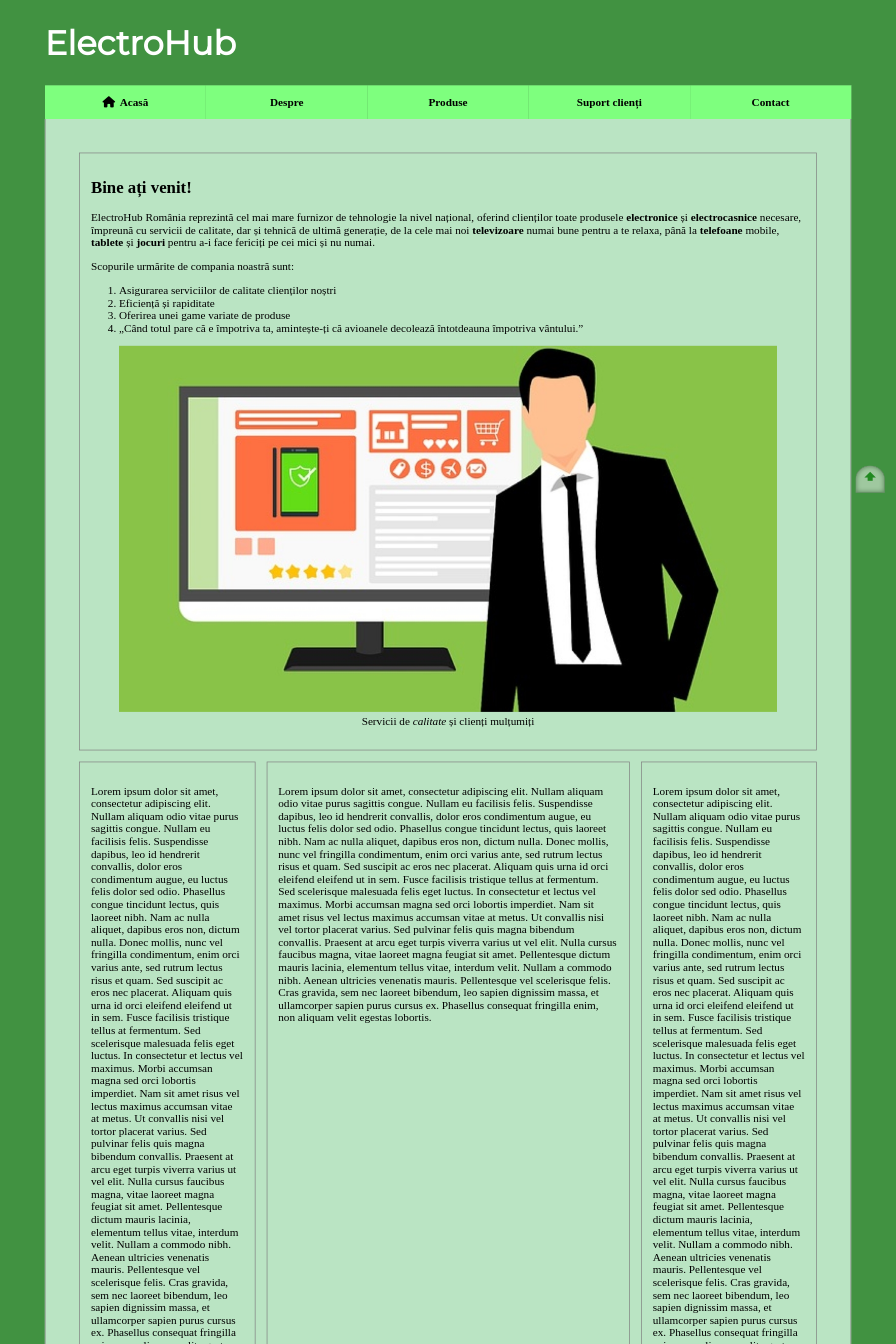
Repository: alexbanilean/Proiect-TW---ElectroHub
Page: index.html
The author's editor kept a copy of each file at every save. The page is drawn from the files as they stood at one save, then again after the next save.
The browser window is 1280 px wide. The pictures show the part of the page from y = 0 to 1920 px (the page is 4027 px tall before and 4578 px after), at 70% of full size.

Above is the page before, as saved 2022-03-06 19:21:08.

### index.html
<!DOCTYPE html>
<html lang="ro">
    <head>

        <meta charset="utf-8">
        <meta name="description" content="Universul electronicelor și electrocasnicelor la cele mai bune prețuri.">
        <meta name="keywords" content="electronice, electrocasnice, telefoane, tablete, jocuri, televizoare, smartphone">
        <meta name="author" content="Alexandru Bănilean">

        <title>ElectroHub</title>

        <link rel="apple-touch-icon" sizes="180x180" href="./resurse/ico/apple-touch-icon.png">
        <link rel="icon" type="image/png" sizes="32x32" href="./resurse/ico/favicon-32x32.png">
        <link rel="icon" type="image/png" sizes="16x16" href="./resurse/ico/favicon-16x16.png">
        <link rel="manifest" href="./resurse/ico/site.webmanifest">
        <link rel="mask-icon" href="./resurse/ico/safari-pinned-tab.svg" color="#5bbad5">
        <link rel="shortcut icon" href="./resurse/ico/favicon.ico">
        <meta name="msapplication-TileColor" content="#da532c">
        <meta name="msapplication-config" content="./resurse/ico/browserconfig.xml">
        <meta name="theme-color" content="#ffffff">

        <link rel="stylesheet" href="./resurse/css/general.css" type="text/css"/>
        <link rel="stylesheet" href="./resurse/css/general-1200.css" type="text/css" media="screen and (max-width:1200px)"/>
        <link rel="stylesheet" href="./resurse/css/general-500.css" type="text/css" media="screen and (max-width:500px)"/>
        <link rel="stylesheet" href="./resurse/css/nav.css" type="text/css"/>
        <link rel="stylesheet" href="./resurse/css/nav-500.css" type="text/css" media="screen and (max-width:500px)"/>

        <link rel="stylesheet" href="https://use.fontawesome.com/releases/v6.0.0/css/all.css">
        <link rel="preconnect" href="https://fonts.gstatic.com">
        <link href="https://fonts.googleapis.com/css?family=Montserrat" rel="stylesheet"/>

    </head>
    <body>
        <header>
            <h1>ElectroHub</h1>
        </header>

        <nav>

            <label id="hamburger" for="ch-menu">
                <img src="./resurse/imagini/hamburger_icon_alb.png" alt="menu">
            </label>
            <input id="ch-menu" type="checkbox">

            <ul class="meniu">
                <li><div class="home-button"><span class="text-home-button">Acasă</span></div>
                    <ul>
                        <li><a href="#welcome">Bine ați venit!</a></li>
                        <li><a href="#orar">Orar</a></li>
                    </ul>
                </li>
                <li><div>Despre</div>
                    <ul>
                        <li><a href="despre.html#prezentare">Prezentare</a></li>
                        <li><a href="despre.html#istoric">Istoric</a></li>
                        <li><a href="despre.html#galerie">Galerie</a></li>
                    </ul>
                </li>
                <li><div>Produse</div>
                    <ul>
                        <li><a href="#">Toate</a></li>
                        <li><a href="#">Telefoane & Tablete</a></li>
                        <li><a href="#">Laptop & Desktop</a></li>
                        <li><a href="#">TV</a></li>
                        <li><a href="#">Audio-Video & Foto</a></li>
                        <li><a href="#">Periferice</a></li>
                        <li><a href="#">Gaming, Jocuri</a></li>
                        <li><a href="#">Electrocasnice mari</a></li>
                        <li><a href="#">Electrocasnice mici</a></li>
                        <li><a href="#">Îngrijire personală</a></li>
                    </ul>
                </li>
                <li><a href="suport_clienti.html">Suport clienți</a></li>
                <li><a href="contact.html">Contact</a></li>
            </ul>
        </nav>

        <main>
            <div id="grid-pagina">
                <section id="welcome">
                    <h2>Bine ați venit!</h2>
                    <p>ElectroHub România reprezintă cel mai mare furnizor de tehnologie la nivel național,
                        oferind clienților toate produsele <b>electronice</b> și <b>electrocasnice</b> necesare, împreună cu servicii de calitate,
                        dar și tehnică de ultimă generație, de la cele mai noi <b>televizoare</b> numai bune pentru a te relaxa, până la <b>telefoane</b> mobile,
                        <b>tablete</b> și <b>jocuri</b> pentru a-i face fericiți pe cei mici și nu numai.</p>
                    <p>Scopurile urmărite de compania noastră sunt:</p>
                    <ol>
                        <li>Asigurarea serviciilor de calitate clienților noștri</li>
                        <li>Eficiență și rapiditate</li>
                        <li>Oferirea unei game variate de produse</li>
                        <li><q lang="ro" cite="https://www.postmodern.ro/articol/citate-despre-succes/">Când totul pare că e împotriva ta, amintește-ți că avioanele decolează întotdeauna împotriva vântului.</q></li>
                    </ol>

                    <figure>
                        <img sizes="(min-width:1200px) 1280px, (min-width:600px) 640px, 200px"
                            srcset="./resurse/imagini/online_shopping_large.jpg 1280w,
                                    ./resurse/imagini/online_shopping_medium.jpg 640w,
                                    ./resurse/imagini/online_shopping_small.jpg 200w"
                            src="./resurse/imagini/online_shopping_medium.jpg"
                            alt="online_shopping"
                            class="imagine_client"/>
                        <figcaption>Servicii de <em>calitate</em> și clienți mulțumiți</figcaption>
                    </figure>

                </section>

                <section id="tabel">
                    <p>Lorem ipsum dolor sit amet, consectetur adipiscing elit. Nullam aliquam odio vitae purus sagittis congue. Nullam eu facilisis felis. Suspendisse dapibus, leo id hendrerit convallis, dolor eros condimentum augue, eu luctus felis dolor sed odio. Phasellus congue tincidunt lectus, quis laoreet nibh. Nam ac nulla aliquet, dapibus eros non, dictum nulla. Donec mollis, nunc vel fringilla condimentum, enim orci varius ante, sed rutrum lectus risus et quam. Sed suscipit ac eros nec placerat. Aliquam quis urna id orci eleifend eleifend ut in sem. Fusce facilisis tristique tellus at fermentum.
                       Sed scelerisque malesuada felis eget luctus. In consectetur et lectus vel maximus. Morbi accumsan magna sed orci lobortis imperdiet. Nam sit amet risus vel lectus maximus accumsan vitae at metus. Ut convallis nisi vel tortor placerat varius. Sed pulvinar felis quis magna bibendum convallis. Praesent at arcu eget turpis viverra varius ut vel elit. Nulla cursus faucibus magna, vitae laoreet magna feugiat sit amet. Pellentesque dictum mauris lacinia, elementum tellus vitae, interdum velit. Nullam a commodo nibh. Aenean ultricies venenatis mauris. Pellentesque vel scelerisque felis. Cras gravida, sem nec laoreet bibendum, leo sapien dignissim massa, et ullamcorper sapien purus cursus ex. Phasellus consequat fringilla enim, non aliquam velit egestas lobortis.</p>
                </section>

                <section id="calendar">
                    <p>Lorem ipsum dolor sit amet, consectetur adipiscing elit. Nullam aliquam odio vitae purus sagittis congue. Nullam eu facilisis felis. Suspendisse dapibus, leo id hendrerit convallis, dolor eros condimentum augue, eu luctus felis dolor sed odio. Phasellus congue tincidunt lectus, quis laoreet nibh. Nam ac nulla aliquet, dapibus eros non, dictum nulla. Donec mollis, nunc vel fringilla condimentum, enim orci varius ante, sed rutrum lectus risus et quam. Sed suscipit ac eros nec placerat. Aliquam quis urna id orci eleifend eleifend ut in sem. Fusce facilisis tristique tellus at fermentum.
                        Sed scelerisque malesuada felis eget luctus. In consectetur et lectus vel maximus. Morbi accumsan magna sed orci lobortis imperdiet. Nam sit amet risus vel lectus maximus accumsan vitae at metus. Ut convallis nisi vel tortor placerat varius. Sed pulvinar felis quis magna bibendum convallis. Praesent at arcu eget turpis viverra varius ut vel elit. Nulla cursus faucibus magna, vitae laoreet magna feugiat sit amet. Pellentesque dictum mauris lacinia, elementum tellus vitae, interdum velit. Nullam a commodo nibh. Aenean ultricies venenatis mauris. Pellentesque vel scelerisque felis. Cras gravida, sem nec laoreet bibendum, leo sapien dignissim massa, et ullamcorper sapien purus cursus ex. Phasellus consequat fringilla enim, non aliquam velit egestas lobortis.</p>
                </section>

                <section id="anunturi">
                    <p>Lorem ipsum dolor sit amet, consectetur adipiscing elit. Nullam aliquam odio vitae purus sagittis congue. Nullam eu facilisis felis. Suspendisse dapibus, leo id hendrerit convallis, dolor eros condimentum augue, eu luctus felis dolor sed odio. Phasellus congue tincidunt lectus, quis laoreet nibh. Nam ac nulla aliquet, dapibus eros non, dictum nulla. Donec mollis, nunc vel fringilla condimentum, enim orci varius ante, sed rutrum lectus risus et quam. Sed suscipit ac eros nec placerat. Aliquam quis urna id orci eleifend eleifend ut in sem. Fusce facilisis tristique tellus at fermentum.
                        Sed scelerisque malesuada felis eget luctus. In consectetur et lectus vel maximus. Morbi accumsan magna sed orci lobortis imperdiet. Nam sit amet risus vel lectus maximus accumsan vitae at metus. Ut convallis nisi vel tortor placerat varius. Sed pulvinar felis quis magna bibendum convallis. Praesent at arcu eget turpis viverra varius ut vel elit. Nulla cursus faucibus magna, vitae laoreet magna feugiat sit amet. Pellentesque dictum mauris lacinia, elementum tellus vitae, interdum velit. Nullam a commodo nibh. Aenean ultricies venenatis mauris. Pellentesque vel scelerisque felis. Cras gravida, sem nec laoreet bibendum, leo sapien dignissim massa, et ullamcorper sapien purus cursus ex. Phasellus consequat fringilla enim, non aliquam velit egestas lobortis.</p>
                </section>

                <section id="users-list">
                    <p>Lorem ipsum dolor sit amet, consectetur adipiscing elit. Nullam aliquam odio vitae purus sagittis congue. Nullam eu facilisis felis. Suspendisse dapibus, leo id hendrerit convallis, dolor eros condimentum augue, eu luctus felis dolor sed odio. Phasellus congue tincidunt lectus, quis laoreet nibh. Nam ac nulla aliquet, dapibus eros non, dictum nulla. Donec mollis, nunc vel fringilla condimentum, enim orci varius ante, sed rutrum lectus risus et quam. Sed suscipit ac eros nec placerat. Aliquam quis urna id orci eleifend eleifend ut in sem. Fusce facilisis tristique tellus at fermentum.
                        Sed scelerisque malesuada felis eget luctus. In consectetur et lectus vel maximus. Morbi accumsan magna sed orci lobortis imperdiet. Nam sit amet risus vel lectus maximus accumsan vitae at metus. Ut convallis nisi vel tortor placerat varius. Sed pulvinar felis quis magna bibendum convallis. Praesent at arcu eget turpis viverra varius ut vel elit. Nulla cursus faucibus magna, vitae laoreet magna feugiat sit amet. Pellentesque dictum mauris lacinia, elementum tellus vitae, interdum velit. Nullam a commodo nibh. Aenean ultricies venenatis mauris. Pellentesque vel scelerisque felis. Cras gravida, sem nec laoreet bibendum, leo sapien dignissim massa, et ullamcorper sapien purus cursus ex. Phasellus consequat fringilla enim, non aliquam velit egestas lobortis.</p>
                </section>

                <section id="statistici">
                    <p>Lorem ipsum dolor sit amet, consectetur adipiscing elit. Nullam aliquam odio vitae purus sagittis congue. Nullam eu facilisis felis. Suspendisse dapibus, leo id hendrerit convallis, dolor eros condimentum augue, eu luctus felis dolor sed odio. Phasellus congue tincidunt lectus, quis laoreet nibh. Nam ac nulla aliquet, dapibus eros non, dictum nulla. Donec mollis, nunc vel fringilla condimentum, enim orci varius ante, sed rutrum lectus risus et quam. Sed suscipit ac eros nec placerat. Aliquam quis urna id orci eleifend eleifend ut in sem. Fusce facilisis tristique tellus at fermentum.
                        Sed scelerisque malesuada felis eget luctus. In consectetur et lectus vel maximus. Morbi accumsan magna sed orci lobortis imperdiet. Nam sit amet risus vel lectus maximus accumsan vitae at metus. Ut convallis nisi vel tortor placerat varius. Sed pulvinar felis quis magna bibendum convallis. Praesent at arcu eget turpis viverra varius ut vel elit. Nulla cursus faucibus magna, vitae laoreet magna feugiat sit amet. Pellentesque dictum mauris lacinia, elementum tellus vitae, interdum velit. Nullam a commodo nibh. Aenean ultricies venenatis mauris. Pellentesque vel scelerisque felis. Cras gravida, sem nec laoreet bibendum, leo sapien dignissim massa, et ullamcorper sapien purus cursus ex. Phasellus consequat fringilla enim, non aliquam velit egestas lobortis.</p>
                </section>

                <section id="date-site">
                    <p>Lorem ipsum dolor sit amet, consectetur adipiscing elit. Nullam aliquam odio vitae purus sagittis congue. Nullam eu facilisis felis. Suspendisse dapibus, leo id hendrerit convallis, dolor eros condimentum augue, eu luctus felis dolor sed odio. Phasellus congue tincidunt lectus, quis laoreet nibh. Nam ac nulla aliquet, dapibus eros non, dictum nulla. Donec mollis, nunc vel fringilla condimentum, enim orci varius ante, sed rutrum lectus risus et quam. Sed suscipit ac eros nec placerat. Aliquam quis urna id orci eleifend eleifend ut in sem. Fusce facilisis tristique tellus at fermentum.
                        Sed scelerisque malesuada felis eget luctus. In consectetur et lectus vel maximus. Morbi accumsan magna sed orci lobortis imperdiet. Nam sit amet risus vel lectus maximus accumsan vitae at metus. Ut convallis nisi vel tortor placerat varius. Sed pulvinar felis quis magna bibendum convallis. Praesent at arcu eget turpis viverra varius ut vel elit. Nulla cursus faucibus magna, vitae laoreet magna feugiat sit amet. Pellentesque dictum mauris lacinia, elementum tellus vitae, interdum velit. Nullam a commodo nibh. Aenean ultricies venenatis mauris. Pellentesque vel scelerisque felis. Cras gravida, sem nec laoreet bibendum, leo sapien dignissim massa, et ullamcorper sapien purus cursus ex. Phasellus consequat fringilla enim, non aliquam velit egestas lobortis.</p>
                </section>

                <section id="random">

                    <details>
                        <summary>Categorii de produse</summary>
                        <ol>
                            <li>Telefoane & Tablete</li>
                            <li>Laptop & Desktop</li>
                            <li>TV, Audio-Video & Foto</li>
                            <li>Periferice</li>
                            <li>Gaming, Jocuri</li>
                            <li>Electrocasnice mari</li>
                            <li>Electrocasnice mici</li>
                            <li>Îngrijire personală</li>
                        </ol>
                    </details>

                    <details>
                        <summary>Întrebări frecvente</summary>
                        <ol>
                            <li>Cum cumpăr?</li>
                            <li>Cum pot returna un produs?</li>
                            <li>Cum aflu dacă produsul meu este sau nu în garanție?</li>
                        </ol>
                    </details>

                    <section id="prezentari">
                        <h2>Prezentari</h2>
                        <p>Aici puteti vedea cele mai noi telefoane ale momentului prezentate profesionist.</p>

                        <div class="video-prezentari">
                            <div id="container-iframe">
                                <iframe name="ifr-video" width="560" height="315" src="https://www.youtube.com/embed/Awu6ZyfDeeQ"
                                allow="accelerometer; autoplay; clipboard-write; encrypted-media; gyroscope; picture-in-picture" allowfullscreen></iframe>
                            </div>

                             <div class="taburi-iframe">
                                <a href="https://www.youtube.com/embed/Awu6ZyfDeeQ" target="ifr-video">Prezentare Iphone 13</a>
                                <a href="https://www.youtube.com/embed/XTiu4o0PCxY" target="ifr-video">Prezentare Samsung S22</a>
                            </div>
                        </div>



                    </section>

                    <section id="orar">
                        <h2>Orar</h2>
                        <section>
                            <h3>Zile lucrătoare</h3>
                            <ol>
                                <li>Luni: 09:00 - 20:00</li>
                                <li>Marți: 09:00 - 20:00</li>
                                <li>Miercuri: 09:00 - 20:00</li>
                                <li>Joi: 09:00 - 20:00</li>
                                <li>Vineri: 09:00 - 20:00</li>
                                <li>Sâmbătă: 09:00 - 15:00</li>
                            </ol>

                            <a href="./resurse/imagini/orar.jpg" download="orar_ElectroHub_2022">Descarcă orarul</a>

                            <p>În toate <a href="https://www.zileliberelegale.ro/zile-libere-2022">sărbătorile legale</a> și duminici magazinele noastre sunt închise.</p>
                        </section>
                    </section>
                </section>
            </div>
        </main>

        <footer>
            <address>
                <a href="tel:+40712354678">Sună la 0712354678</a>
                <a href="https://www.google.com/maps/place/Faculty+of+Mathematics+and+Informatics+-+University+of+Bucharest/@44.4355355,26.0995867,15z/data=!4m5!3m4!1s0x0:0x493984726f0235f9!8m2!3d44.4355355!4d26.0995867">Locație sediu principal</a><br/>
                <a href="mailto::clienti.electrohub@gmail.com">Scrie un e-mail</a>
                <a href="https://api.whatsapp.com/send?phone=40712354678">Scrie un mesaj pe WhatsApp</a>
            </address>

            <a href="#" id="link-top"><div class="tooltip"><span class="tooltiptext">Înapoi în partea de sus a paginii</span></div></a>

            <p class="copyright-info"><small>&copy; Pagină creată la data de <time datetime="2022-02-20">20.02.2022</time></small></p>
        </footer>
    </body>
</html>

### resurse/css/general.css
html{
    font-size: 16px;
}

body{


    --c1-text: black;
}

body{
    --body-padding: 4rem;
    --pading-intern: 3rem;

    margin-top: 0;
    margin-bottom: 0;
    margin-left: 0;
    margin-right: 0;

    padding-top: 0;
    padding-bottom: 0;
    padding-left: var(--body-padding);
    padding-right: var(--body-padding);

    background-color: rgb(65, 146, 65);
    background-attachment: fixed;

    min-width: 330px;
}

h1{
    font-size: 3rem;
    font-family: 'Montserrat';
    color: white;
}

main{
    --main-border: 1px solid grey;

    background-color: rgb(186, 228, 195);
    border-left: var(--main-border);
    border-right: var(--main-border);
    padding-bottom: 2rem;

    overflow: hidden;
}

#grid-pagina{
    display: grid;

    grid-template-areas:
                        "zona-1 zona-1 zona-1 zona-1"
                        "zona-5 zona-6 zona-6 zona-7"
                        "zona-3 zona-3 zona-2 zona-2"
                        "zona-4 zona-4 zona-2 zona-2"
                        "zona-8 zona-8 zona-8 zona-8";
    grid-template-columns: 1fr 1fr 1fr 1fr;
    padding: var(--pading-intern);
    grid-gap: 1rem;
}

#grid-pagina>section{
    border: 1px solid grey;
    padding: 1rem;
}

#welcome{
    grid-area: zona-1;
}

#welcome .imagine_client{
    width: 100%;
    margin-left: auto;
    margin-right: auto;
}

#welcome figcaption{
    width: 100%;
    text-align: center;
}

#tabel{
    grid-area: zona-2;
}

#calendar{
    grid-area: zona-3;
}

#anunturi{
    grid-area: zona-4;
}

#users-list{
    grid-area: zona-5;
}

#statistici{
    grid-area: zona-6;
}

#date-site{
    grid-area: zona-7;
}

#random{
    grid-area: zona-8;
}

footer{
    background-color: rgb(65, 146, 65);
    color: white;
}

footer>address{
    display: flex;
    flex-direction: row;
    margin-top: 1rem;
    background-color: none;
}

footer>address a{
    display: flex;
    text-decoration: none;
    background-color: rgb(186, 228, 195);
    color: white;

    justify-content: center;
    align-items: center;

    border: 1px solid grey;
    border-radius: 0.5rem;

    width: 25%;
    margin: 0;
    padding: 1rem;
}

footer>.copyright-info{
    display: flex;
    flex-direction: row;
    justify-content: center;
    align-items: center;
    margin: 0;
    padding: 2rem;
}

/* Iframe + taburi */

.video-prezentari{
    position: relative;
    display: flex;
    flex-direction: column;
    align-items: center;
    align-content: center;
    min-width: 300px;
    width: 75%;
}

#container-iframe{
    box-sizing: border-box;
    display: flex;
    position: relative;
    padding-bottom: 56.25%;
    height: 0;
    width: 100%;
}

#container-iframe iframe{
    border: 4px solid green;
    padding: 0;
    top: 0;
    left: 0;
    position: absolute;
    width: 100%;
    height: 100%;
}

.taburi-iframe{
    display: flex;
    flex-direction: row;
    justify-content: right;
    align-items: center;
    width: 100%;

}

.taburi-iframe a{
    text-decoration: none;
    width: 100px;

    display: inline-block;
    border: 2px solid green;
    border-top: 4px solid green;

    border-bottom-left-radius: 10px;
    border-bottom-right-radius: 10px;
    background-color: rgb(175, 230, 175);
    color: black;

    transition: all 300ms linear;
    text-align: center;
    vertical-align: top;
    padding: 5px;

    box-shadow: 0px 0px 7px 2px inset rgb(98, 138, 98);
}

.taburi-iframe a+a{
    margin-left: 5px;

}

.taburi-iframe a:hover{
    background-color: white;
    box-shadow: none;
}

/* Link-top */

#link-top::before{
    content:'\01F839';
    font-size: 2rem;
    display: flex;
    flex-direction: column;
    justify-content: center;
    color: green;
    margin: 0;
    padding: 0;
    width: 100%;
    height: 100%;
    position: absolute;

    transform: scale(1);
    transition: 400ms linear;
    transform-origin: center center;
}

#link-top:hover::before{
    transform: scale(1.5);
    transition: 400ms linear;
    transform-origin: center center;
}

#link-top{
    position: fixed;
    display: flex;
    opacity: 0.5;

    bottom: 1rem;
    right: 1rem;
    width: 2.5rem;
    height: 2.3rem;
    background-color: white;
    border-top-left-radius: 50%;
    border-top-right-radius: 50%;
    border: 1px solid grey;
    box-shadow: 0px 0px 8px inset rgb(116, 115, 115);
    overflow: hidden;

    text-decoration: none;
    text-align: center;
}

#link-top:hover{
    opacity: 1;
    box-shadow: 0px 0px 15px inset rgb(116, 115, 115);
    transition: 400ms linear;
}


#link-top>.tooltip{
    bottom: 1rem;
    right: 1rem;
    width: 2.5rem;
    height: 2.3rem;
    position: fixed;
}

.tooltip>.tooltiptext{
    visibility: hidden;
    display: inline-block;
    width: 250px;
    background-color: white;
    color: black;
    text-align: center;
    border-radius: 10px;
    padding: 5px;

    position: absolute;
    z-index: 1;
    bottom: 0;
    right: 110%;
}

#link-top:hover>.tooltip>.tooltiptext{
    visibility: visible;
}

Loaded but not shown: resurse/css/nav.css (124 lines, source omitted); resurse/css/nav-500.css (71 lines, source omitted); resurse/css/general-500.css (32 lines, source omitted); resurse/css/general-1200.css (24 lines, source omitted)

After the next save:
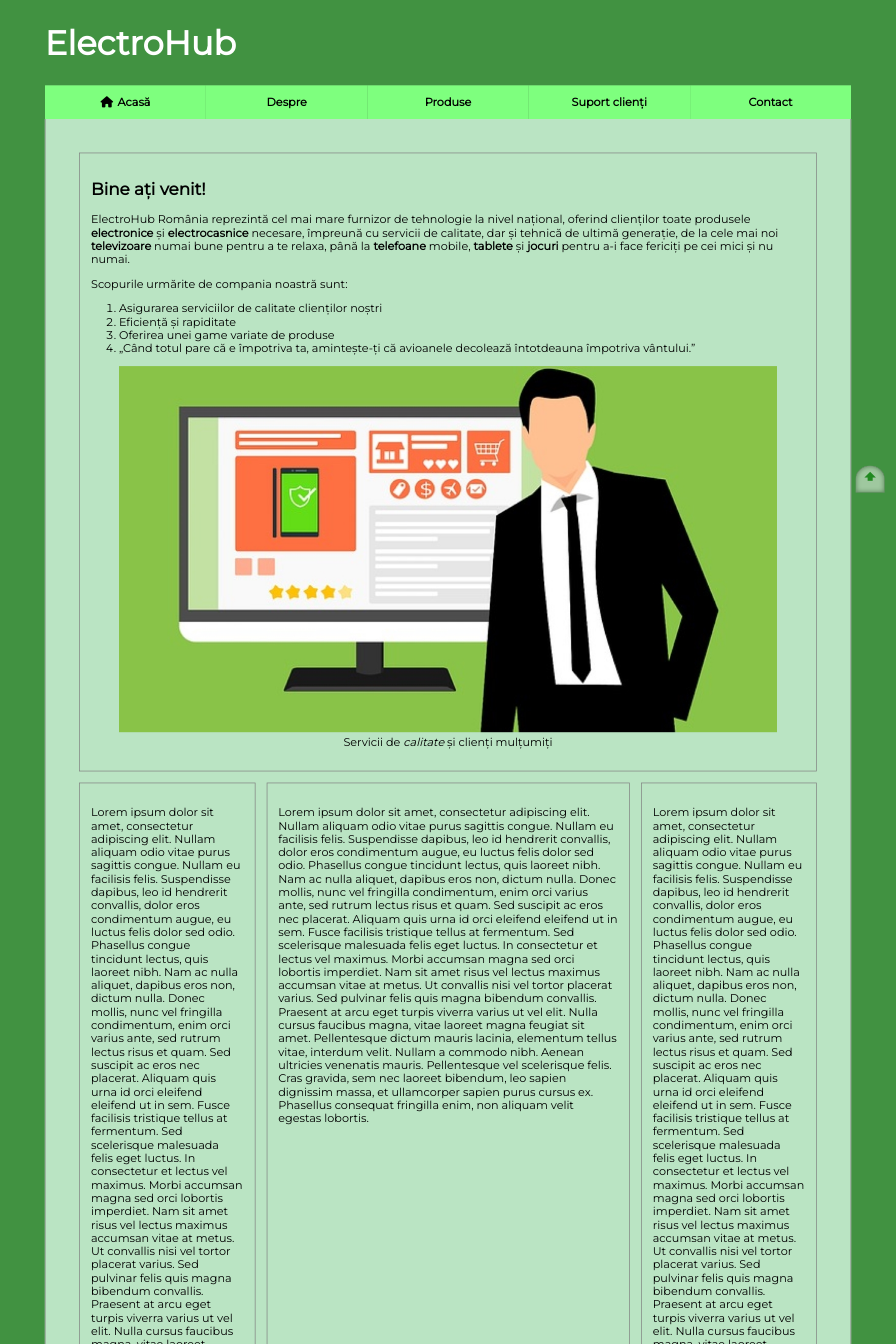
Saved 69 s later.
--- a/resurse/css/general.css
+++ b/resurse/css/general.css
@@ -1,5 +1,6 @@
 html{
     font-size: 16px;
+    font-family: 'Montserrat';
 }
 
 body{
